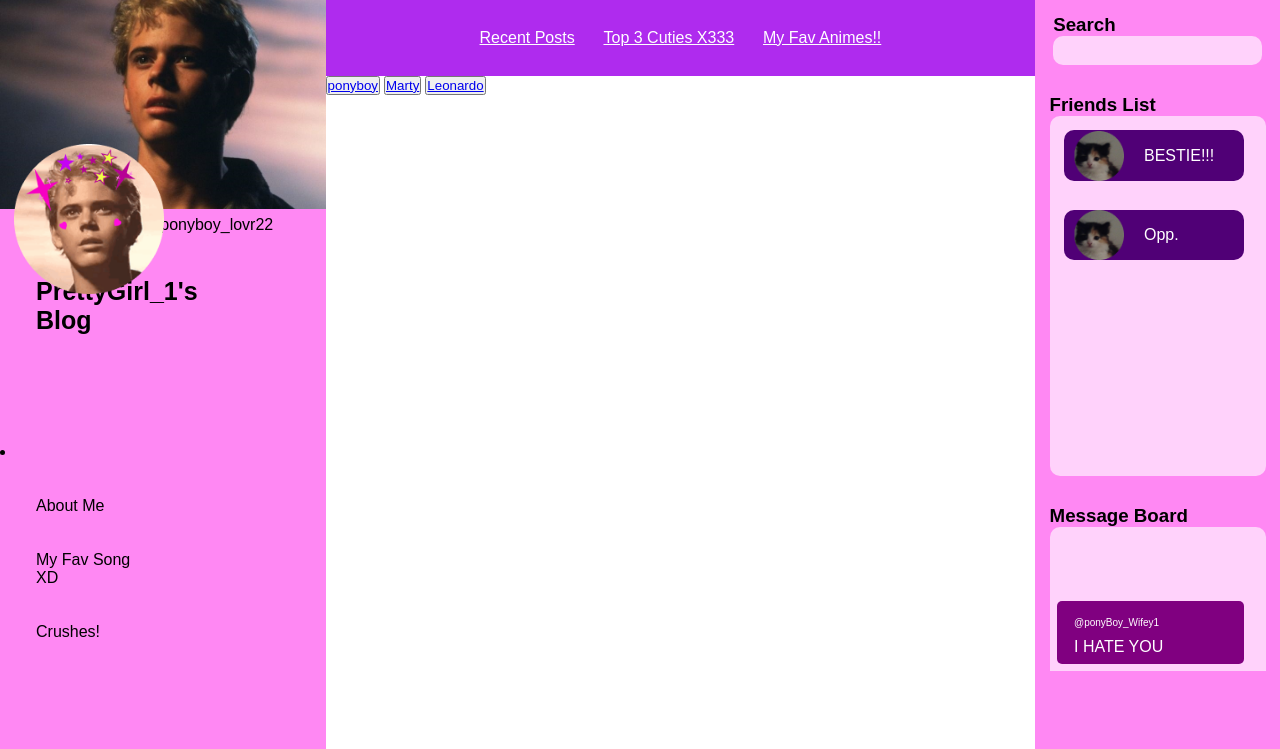
Repository: Jennica1/Frontend-Final
Page: topThree.html
An editor plug-in stored every save of this project. The page is shown before and after the next save, followed by the edit.
The browser window is 1280 px wide. The pictures show the whole page.

Above is the page before, as saved 2024-05-23 12:26:28.

After the next save:
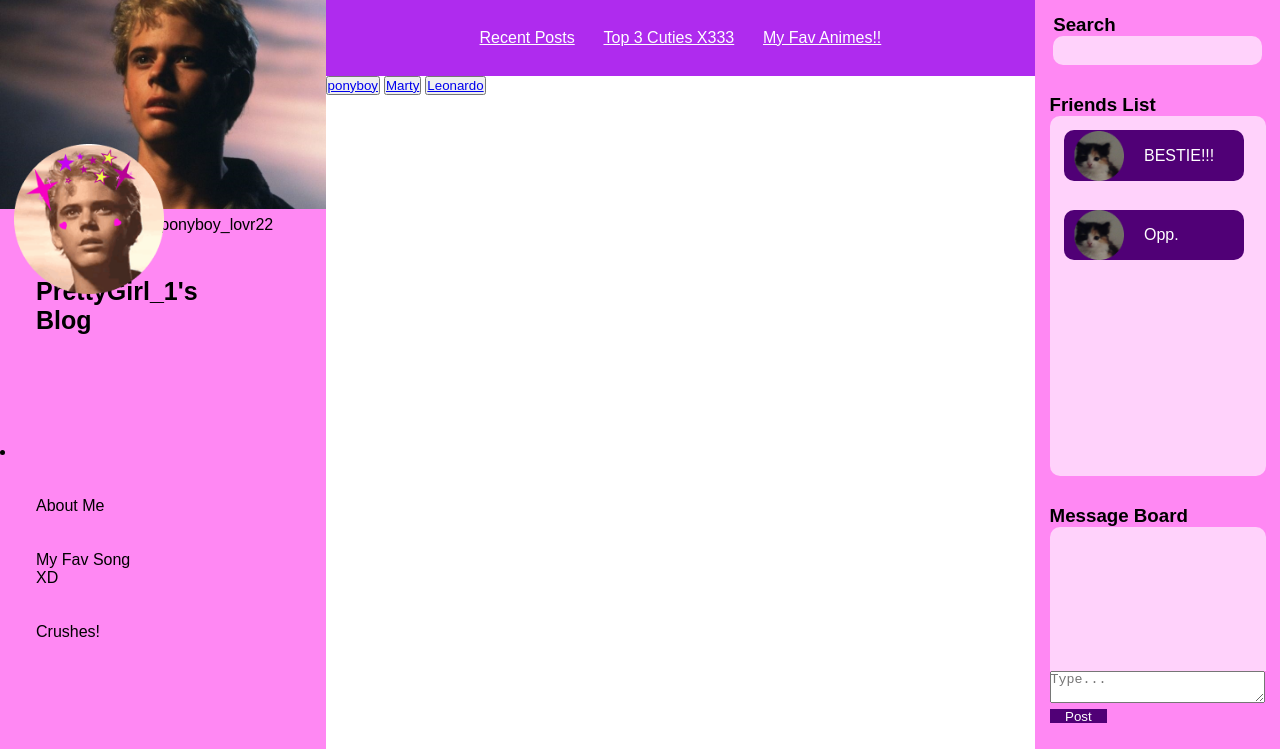
Saved 14 s later.
--- a/topThree.html
+++ b/topThree.html
@@ -81,11 +81,14 @@
         </div>
         <div class="message-board">
           <h3>Message Board</h3>
-          <div class="message-board-container">
-            <div class="message">
-              <p style="color: white; font-size: 10px; margin-top: 9px; margin-left: 10px;">@ponyBoy_Wifey1</p>
-              <p style="color: white; margin-left: 10px; margin-top: 10px; margin-right: 20px;" >I HATE YOU</p>
+          <div id="message-board-container" class="message-board-container">
+            <div class="message-board-content">
             </div>
+          </div>
+          <div class="user-input">
+            <textarea name="" id="new-comment" class="text-box" placeholder="Type..."></textarea>
+            <button id="btn-post" class="button-post">Post</button>
+            <script src="script.js"></script>
           </div>
         </div>
       </div>
